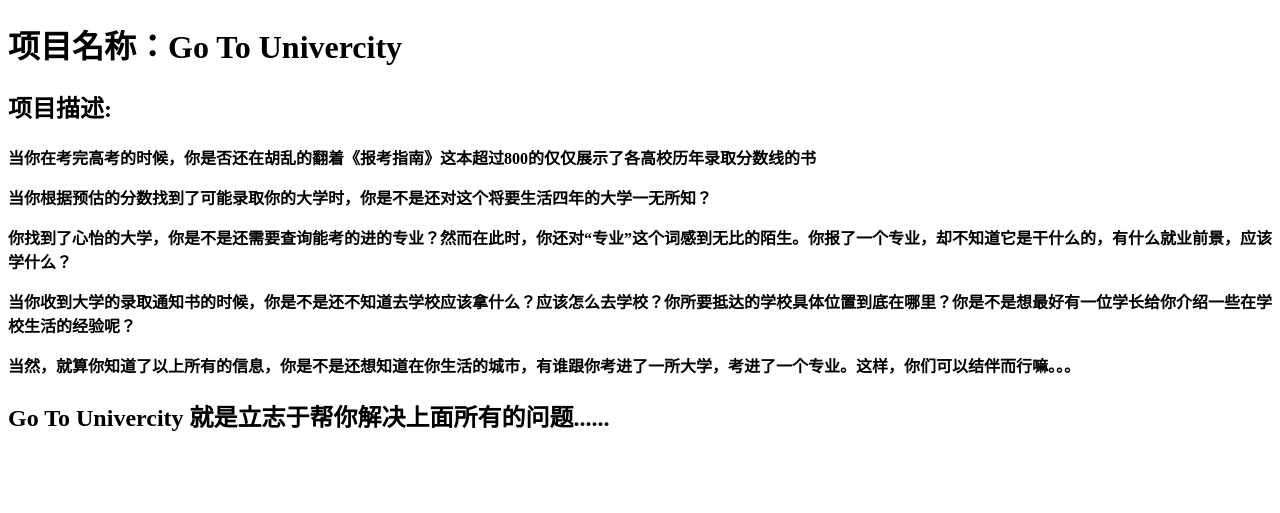
Repository: SUT-GC/GoToUnivercity
Page: http://localhost/GoToUniversity/ideasource/idea.jsp
These files come from the project's save history. The page is drawn as it stood at one moment and after the next save; the edit follows.
The browser window is 1280 px wide. The pictures show the whole page.
The page is served by Tomcat 9. Nobody is signed in. The application's start-up code is not run.

Above is the page before, as saved 2015-11-16 10:59:27.

### GoToUniversity/WebContent/ideasource/idea.jsp
<%@ page language="java" contentType="text/html; charset=UTF-8"
    pageEncoding="UTF-8"%>
<!DOCTYPE html PUBLIC "-//W3C//DTD HTML 4.01 Transitional//EN" "http://www.w3.org/TR/html4/loose.dtd">
<html>
<head>
<meta http-equiv="Content-Type" content="text/html; charset=UTF-8">
<title>Idea Source</title>
</head>
<body>
	<div class="content">
		<div class="content_head">
			<h1>项目名称：Go To Univercity</h1>
		</div>
		<div class="content_body">
			<div class="content_body_description">
				<h2>项目描述:</h2>
				<h4>
					<p>当你在考完高考的时候，你是否还在胡乱的翻着《报考指南》这本超过800的仅仅展示了各高校历年录取分数线的书</p>
					<p>当你根据预估的分数找到了可能录取你的大学时，你是不是还对这个将要生活四年的大学一无所知？</p>
					<p>你找到了心怡的大学，你是不是还需要查询能考的进的专业？然而在此时，你还对“专业”这个词感到无比的陌生。你报了一个专业，却不知道它是干什么的，有什么就业前景，应该学什么？</p>
					<p>当你收到大学的录取通知书的时候，你是不是还不知道去学校应该拿什么？应该怎么去学校？你所要抵达的学校具体位置到底在哪里？你是不是想最好有一位学长给你介绍一些在学校生活的经验呢？</p>
					<p>当然，就算你知道了以上所有的信息，你是不是还想知道在你生活的城市，有谁跟你考进了一所大学，考进了一个专业。这样，你们可以结伴而行嘛。。。</p>
				</h4>
			</div>
			<div class="content_body_content">
				<h2>Go To Univercity 就是立志于帮你解决上面所有的问题......</h2>

			</div>
		</div>
	</div>
</body>
</html>

After the next save:
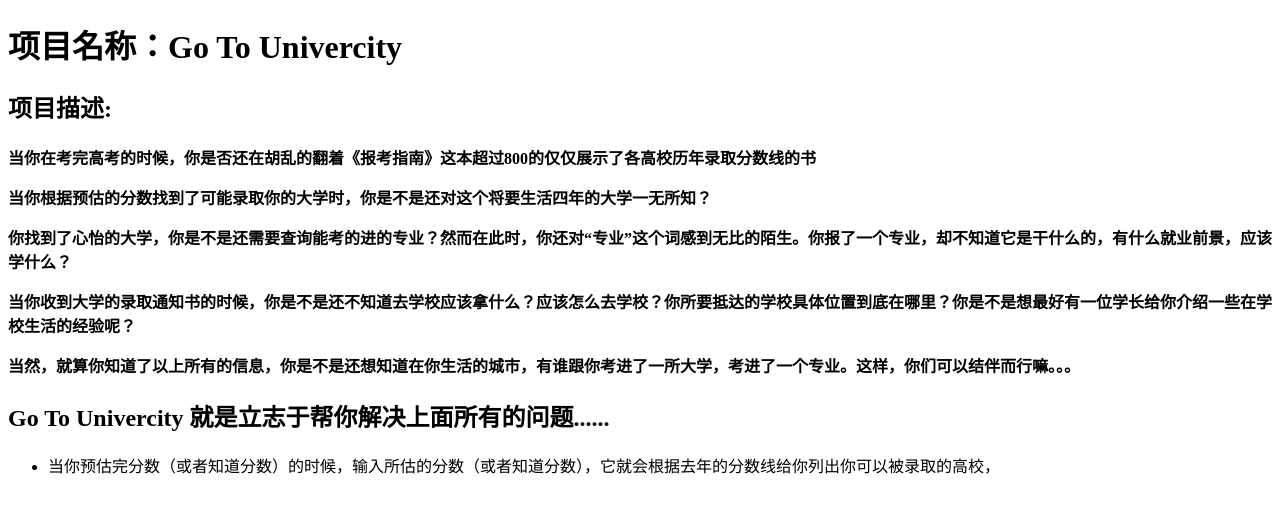
Saved 4 min 36 s later.
--- a/GoToUniversity/WebContent/ideasource/idea.jsp
+++ b/GoToUniversity/WebContent/ideasource/idea.jsp
@@ -24,7 +24,9 @@
 			</div>
 			<div class="content_body_content">
 				<h2>Go To Univercity 就是立志于帮你解决上面所有的问题......</h2>
-
+				<ul>
+					<li><p>当你预估完分数（或者知道分数）的时候，输入所估的分数（或者知道分数），它就会根据去年的分数线给你列出你可以被录取的高校，</p></li>
+				</ul>
 			</div>
 		</div>
 	</div>
